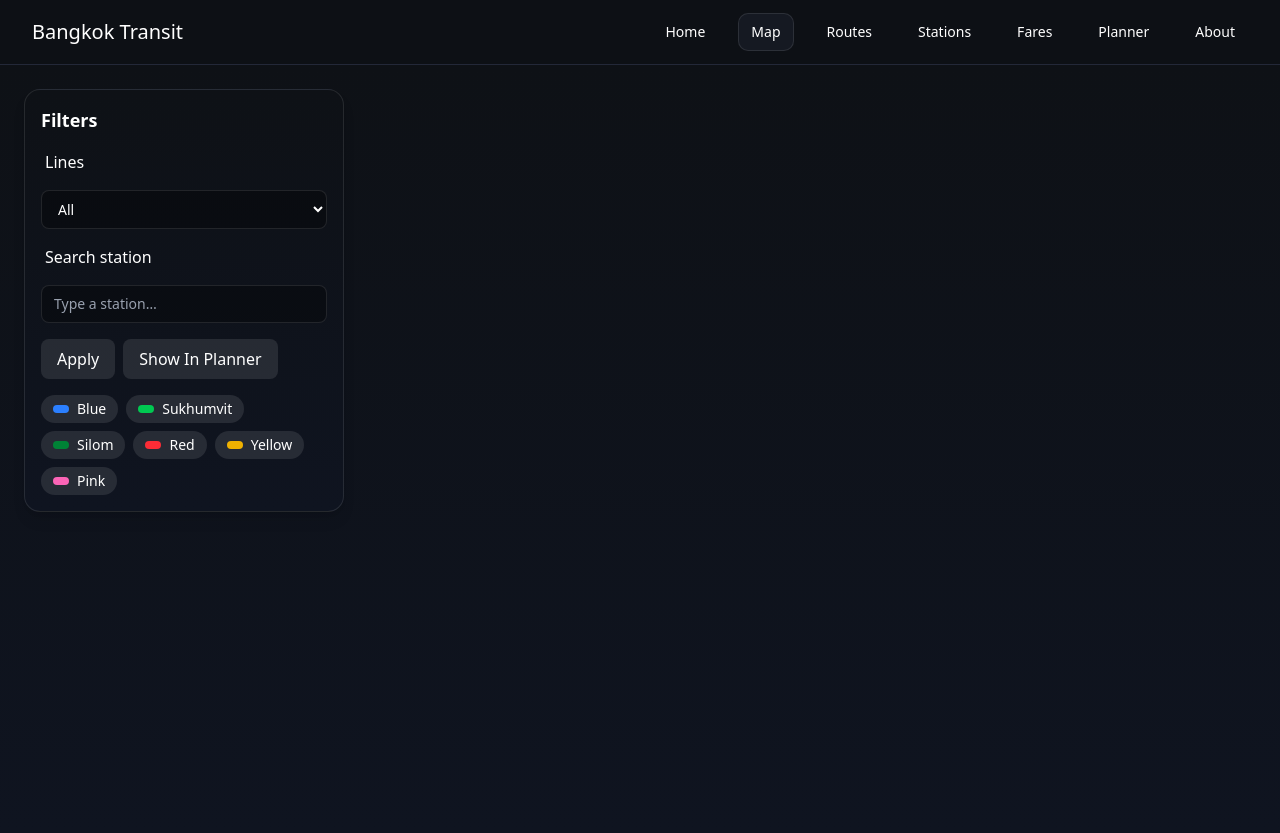
Repository: pyaestk/Bangkok-transit-map
Page: /map
These files come from the project's save history. The page is drawn as it stood at one moment and after the next save; the edit follows.
The browser window is 1280 px wide. The pictures show the whole page.
The project was rebuilt for these pictures with package versions that can differ from the ones it lists, and the page was loaded fresh each time. Also part of the build but not shown: vite.config.ts, src/pages/Home.tsx, src/pages/Planner.tsx, src/pages/Stations.tsx, src/pages/TrainRoutes.tsx, src/pages/Fares.tsx, src/pages/About.tsx.

Above is the page before, as saved 2025-10-04 10:09:29.

After the next save:
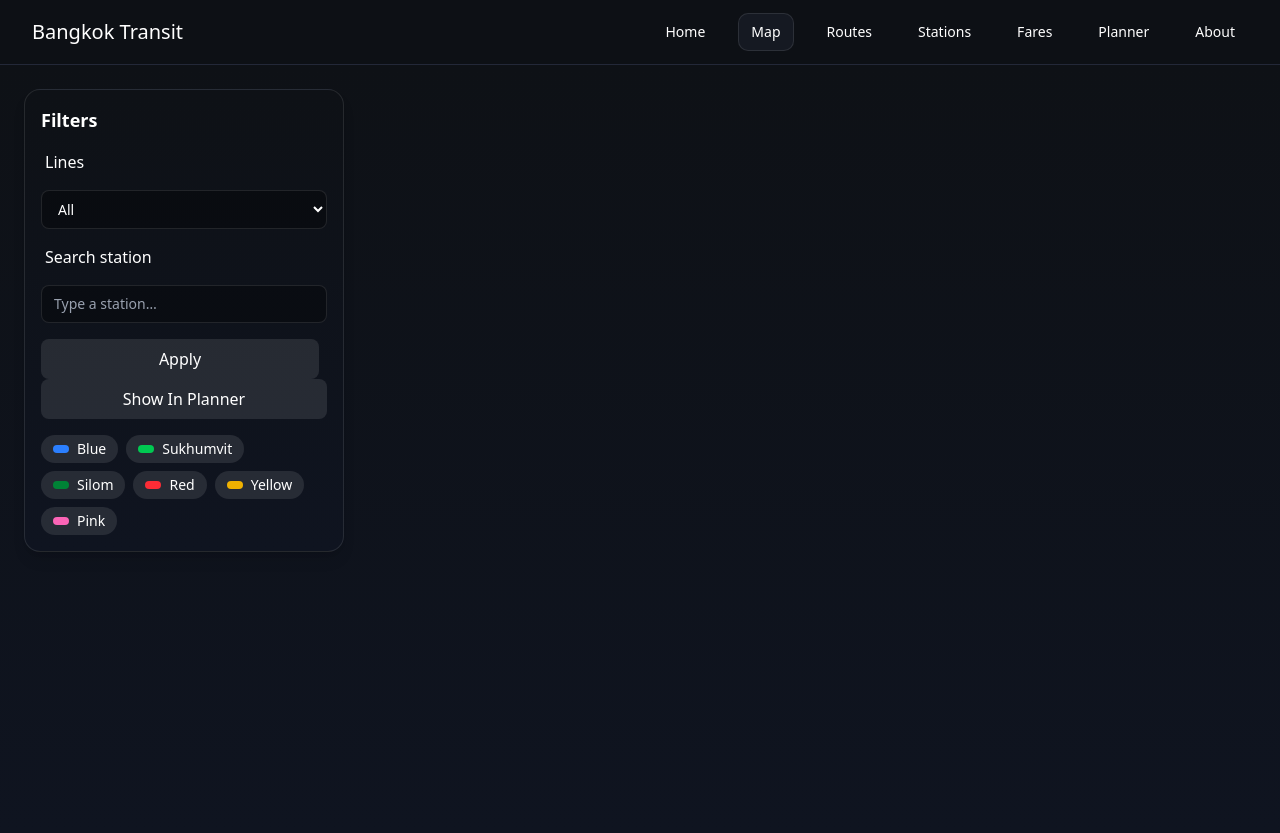
Saved 10 s later.
--- a/src/component/FiltersCard.tsx
+++ b/src/component/FiltersCard.tsx
@@ -21,7 +21,7 @@ export default function FiltersCard() {
       />
 
       {/* Buttons */}
-      <div className="flex-column space-x-2 mt-4">
+      <div className="flex flex-col space-x-2 mt-4">
         <button className="px-4 py-2 rounded-lg bg-white/10 hover:bg-white/20">Apply</button>
         <button className="px-4 py-2 rounded-lg bg-white/10 hover:bg-white/20">Show In Planner</button>
       </div>
